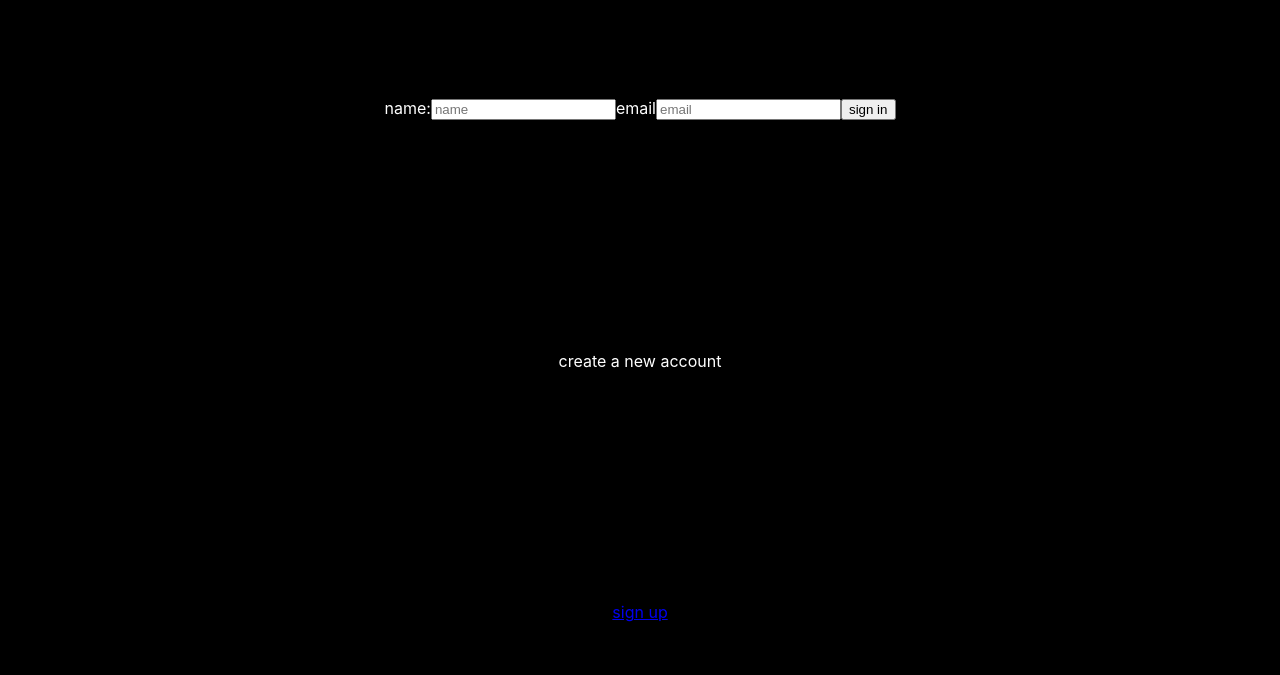
Repository: romAtam/5778
Page: /signin
The author's editor kept a copy of each file at every save. The page is drawn from the files as they stood at one save, then again after the next save.
The browser window is 1280 px wide. The pictures show the whole page.
The project was rebuilt for these pictures with package versions that can differ from the ones it lists, and the page was loaded fresh each time. Also part of the build but not shown: src/Pages/Home.js, src/Pages/Game.js, src/Pages/Web.js, src/Pages/Team.js, src/Pages/User.js, src/Pages/Register.js.

Above is the page before, as saved 2021-12-11 22:06:06.

After the next save:
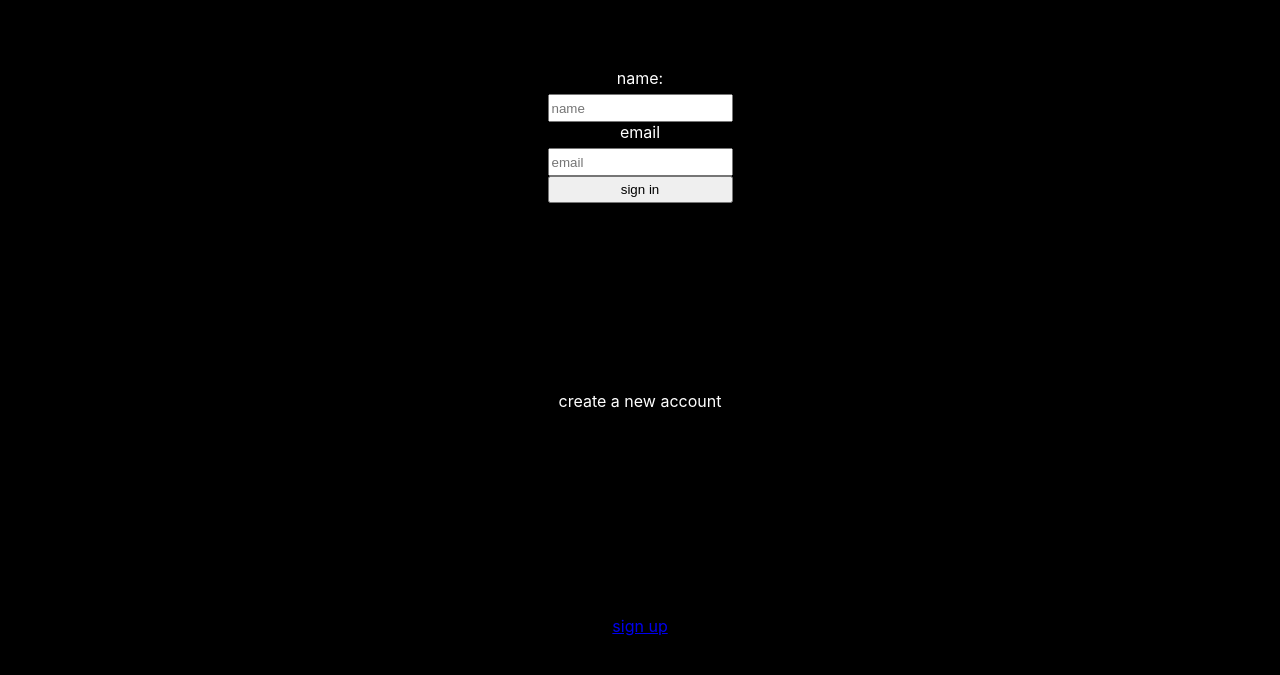
Saved 20 s later.
--- a/src/Pages/Signin.js
+++ b/src/Pages/Signin.js
@@ -27,14 +27,14 @@ height:50%;
 const Signin = () => {
     return (
         <FormWrapper>
-            <form action="">
+            <Form action="">
                 <label htmlFor="name">name:</label>
                  <input type="text" placeholder="name"/>
                  <label htmlFor="email">email</label>
  <input type="email" placeholder="email"/>
  <button type="submit">sign in</button>
 
-            </form>
+            </Form>
  <p>create a new account</p>
  <Link to="/register">sign up</Link>
         </FormWrapper>
